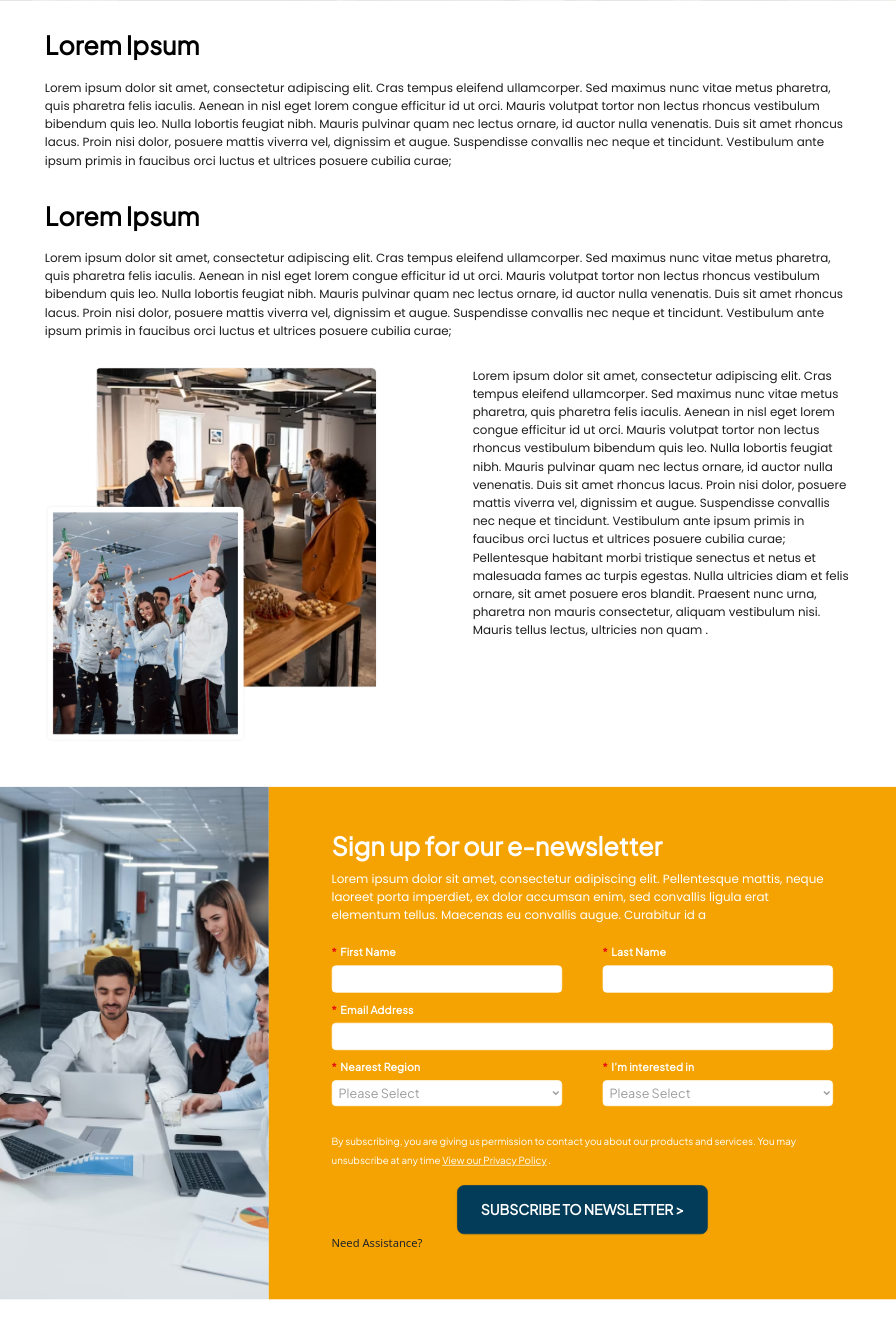
Repository: Akash8377/Hospitality-website
Page: /about-us
An editor plug-in stored every save of this project. The page is shown before and after a run of saves, followed by the edit.
The browser window is 1280 px wide. The pictures show the part of the page from y = 683 to 2603 px (the page is 2603 px tall), at 70% of full size.
Some web libraries are served in a nearby version. The project was rebuilt for these pictures with package versions that can differ from the ones it lists, and the page was loaded fresh each time. Also part of the build but not shown: src/Component/Partial/heading-cont.js, src/Component/Shared/about-us.js, src/Component/Shared/Banner.js, src/Component/Shared/popular-jobs.js, src/Component/Sliders/ServiceSlider.js, src/Component/Sliders/ReviewSlider.js, src/Component/Partial/index-banner.js, src/Component/Partial/index-buisness-banner.js and 2 more.

Above is the page before, as saved 2023-07-07 12:20:25.

After the next 3 saves:
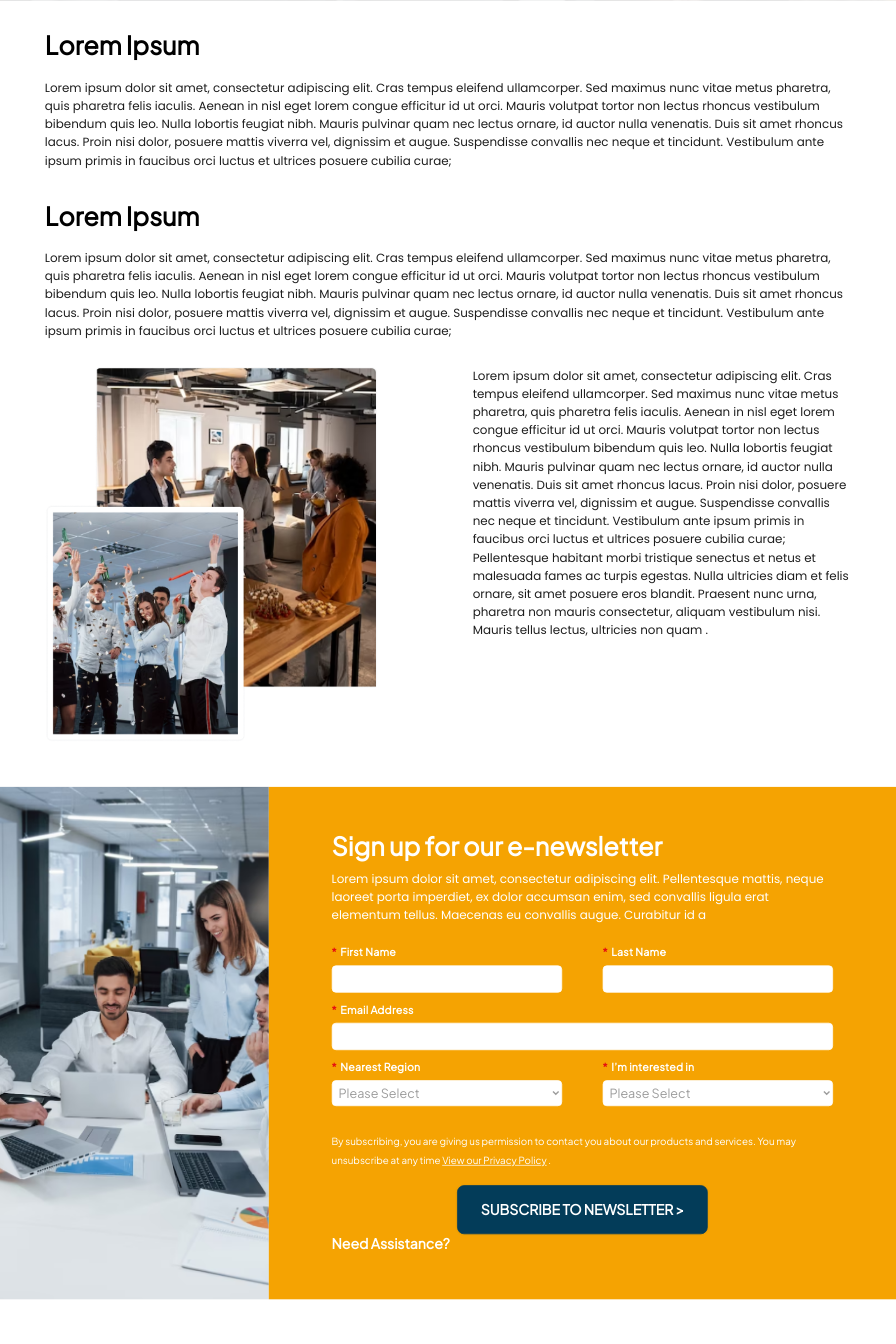
The 3 saves are shown as one change because they came seconds apart.
The last was saved 10 s later.
--- a/src/Css/Lap.css
+++ b/src/Css/Lap.css
@@ -919,4 +919,11 @@
   margin-top: 3%;
 }
 
-.About-Us_Newsletter .right .content
+.About-Us_Newsletter .right .content .Assistance_P {
+  color: #fff;
+  font-family: Plus Jakarta Sans;
+  font-size: 20px;
+  font-style: normal;
+  font-weight: 700;
+  line-height: normal;
+}
